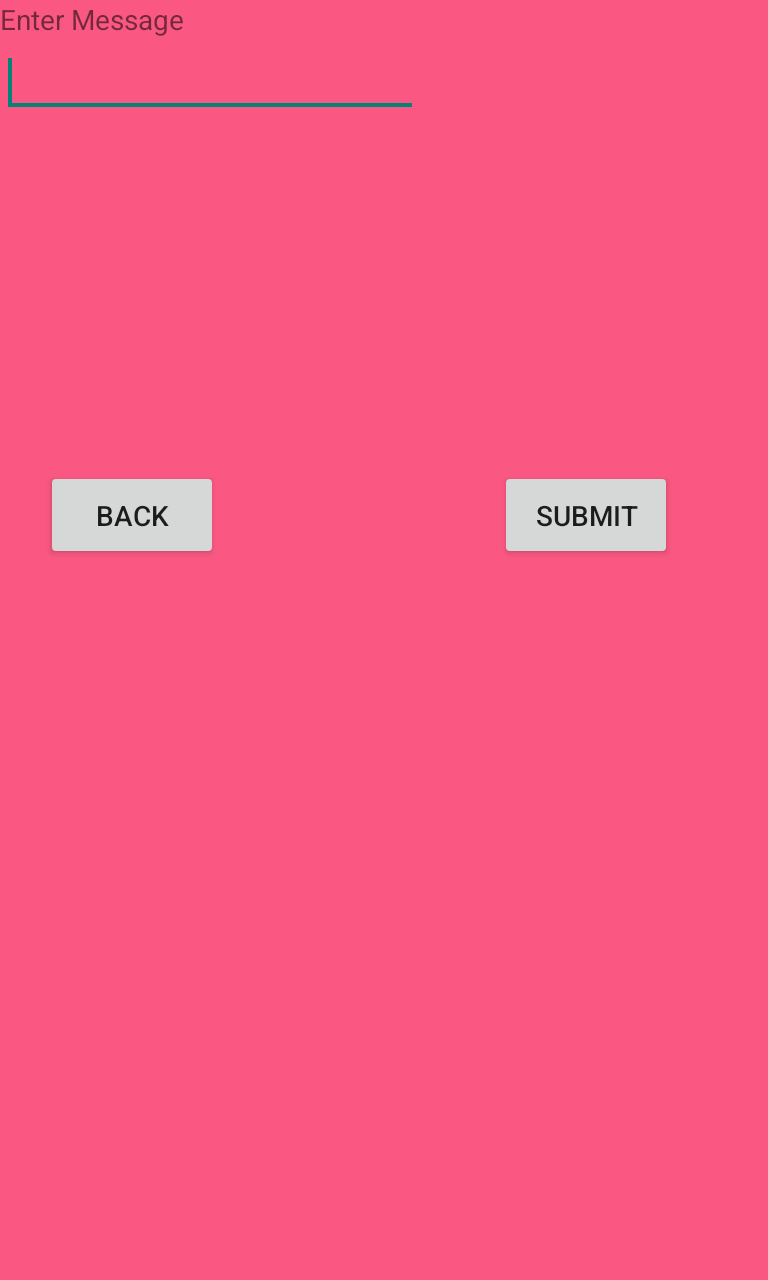
Repository: Clarenaliaka/code-challenge
Layout: ModernMum/res/layout/contacts.xml
These files come from the project's save history. The layout is drawn as it stood at one moment and after the next save; the edit follows.
It is drawn on a 768 x 1280 px phone screen (xhdpi) without system bars, with theme AppTheme; the app's code is not run.

Above is the layout before, as saved 2014-08-03 09:47:40.

After the next save:
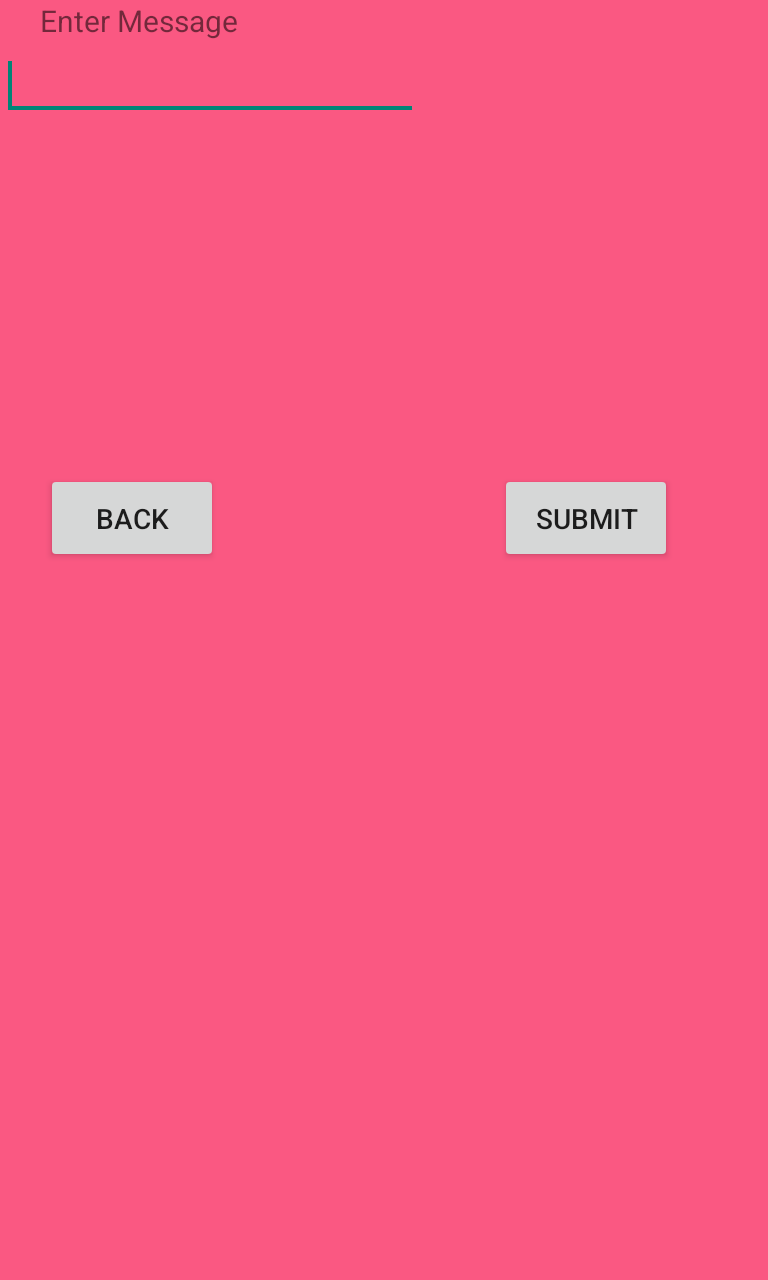
Saved 104 s later.
--- a/ModernMum/res/layout/contacts.xml
+++ b/ModernMum/res/layout/contacts.xml
@@ -13,7 +13,9 @@
         android:layout_height="wrap_content"
         android:layout_alignParentLeft="true"
         android:layout_alignParentTop="true"
-        android:text="@string/des" />
+        android:text="@string/des"
+        android:textSize="15sp"
+        android:layout_marginLeft="20dp"/>
 
     <EditText
         android:id="@+id/etmult"
